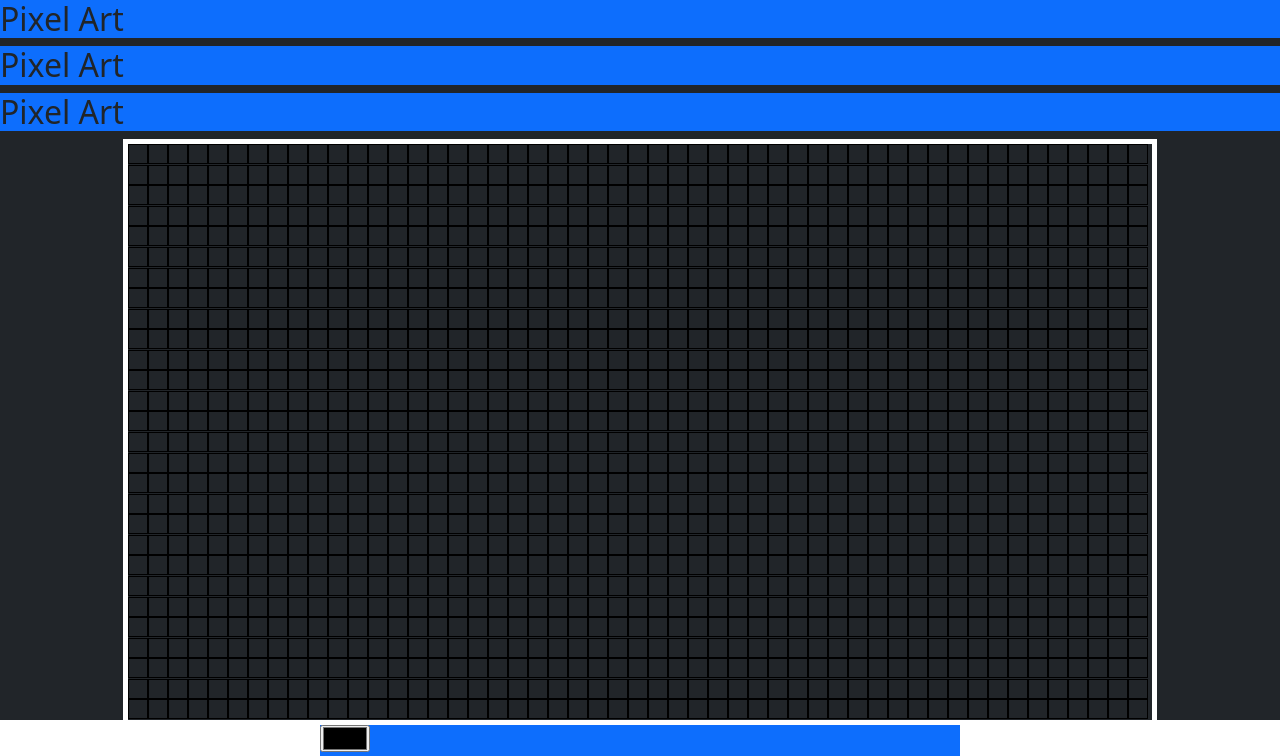
Repository: bechara611/pixelartdb
Page: /
An editor plug-in stored every save of this project. The page is shown before and after a run of saves, followed by the edit.
The browser window is 1280 px wide. The pictures show the whole page.
The project was rebuilt for these pictures with package versions that can differ from the ones it lists, and the page was loaded fresh each time. Also part of the build but not shown: vite.config.js.

Above is the page before, as saved 2023-03-07 11:47:43.

After the next 2 saves:
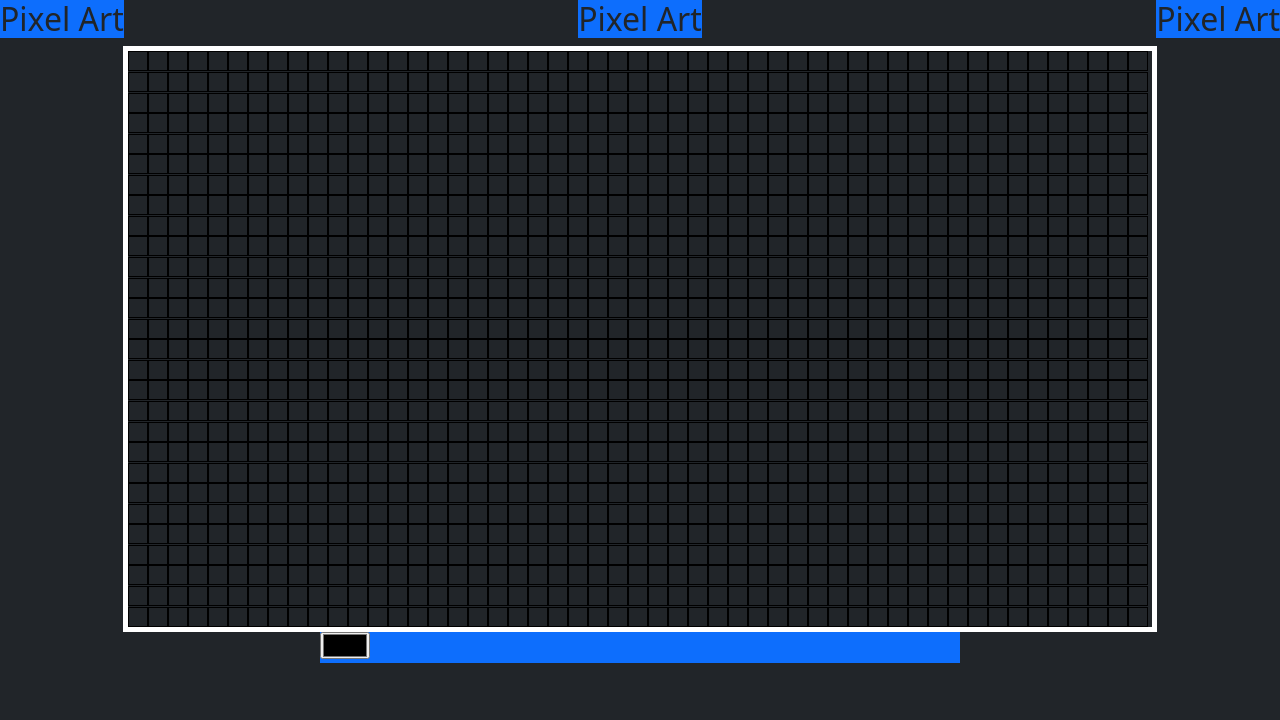
The 2 saves are shown as one change because they came seconds apart.
The last was saved 16 s later.
--- a/src/App.css
+++ b/src/App.css
@@ -12,6 +12,13 @@
   justify-content: center;
   justify-self: center;
   align-items: center;
+
+}
+.contenedor-mayor2{
+  display: flex;
+  flex-direction: row;
+  justify-content: space-between;
+
 
 }
 
